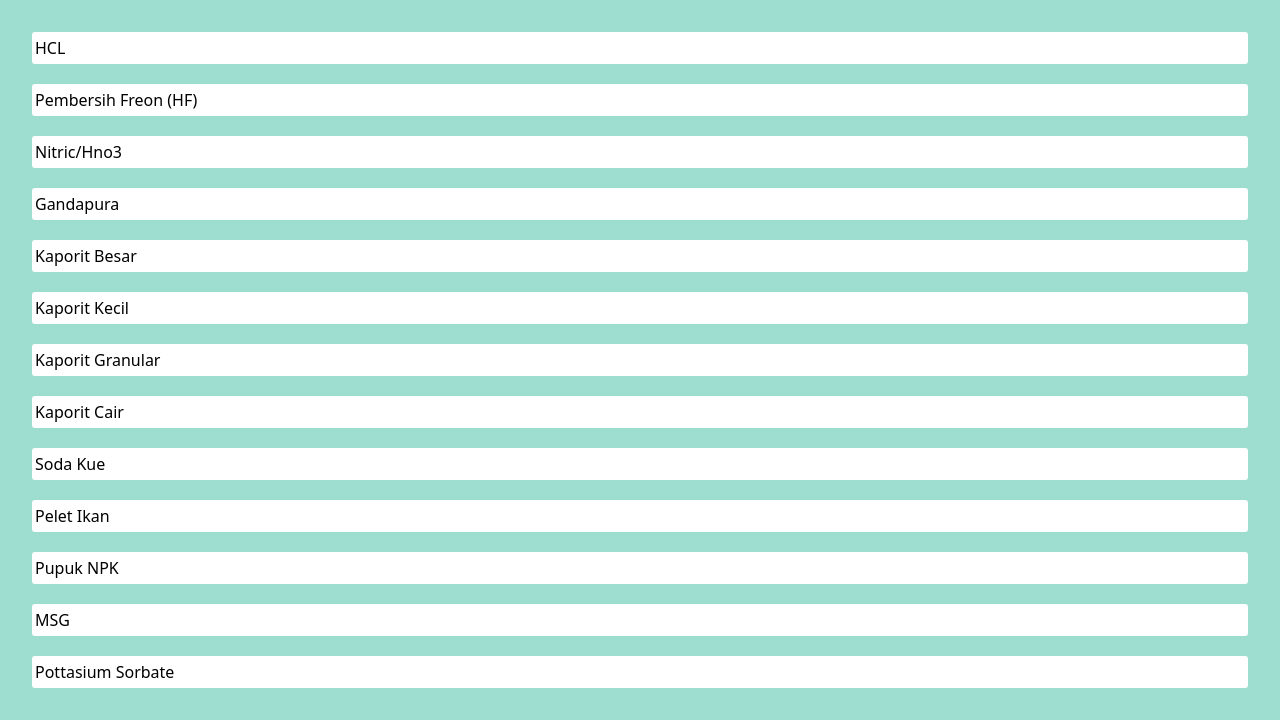
Repository: zuraniumlab-design/upstock-amsk
Page: /
The author's editor kept a copy of each file at every save. The page is drawn from the files as they stood at one save, then again after the next save.
The browser window is 1280 px wide. The pictures show the whole page.
An inner scrolling area shows only its first screen. The project was rebuilt for these pictures with package versions that can differ from the ones it lists, and the page was loaded fresh each time. Also part of the build but not shown: vite.config.js.

Above is the page before, as saved 2026-06-18 16:29:50.

After the next save:
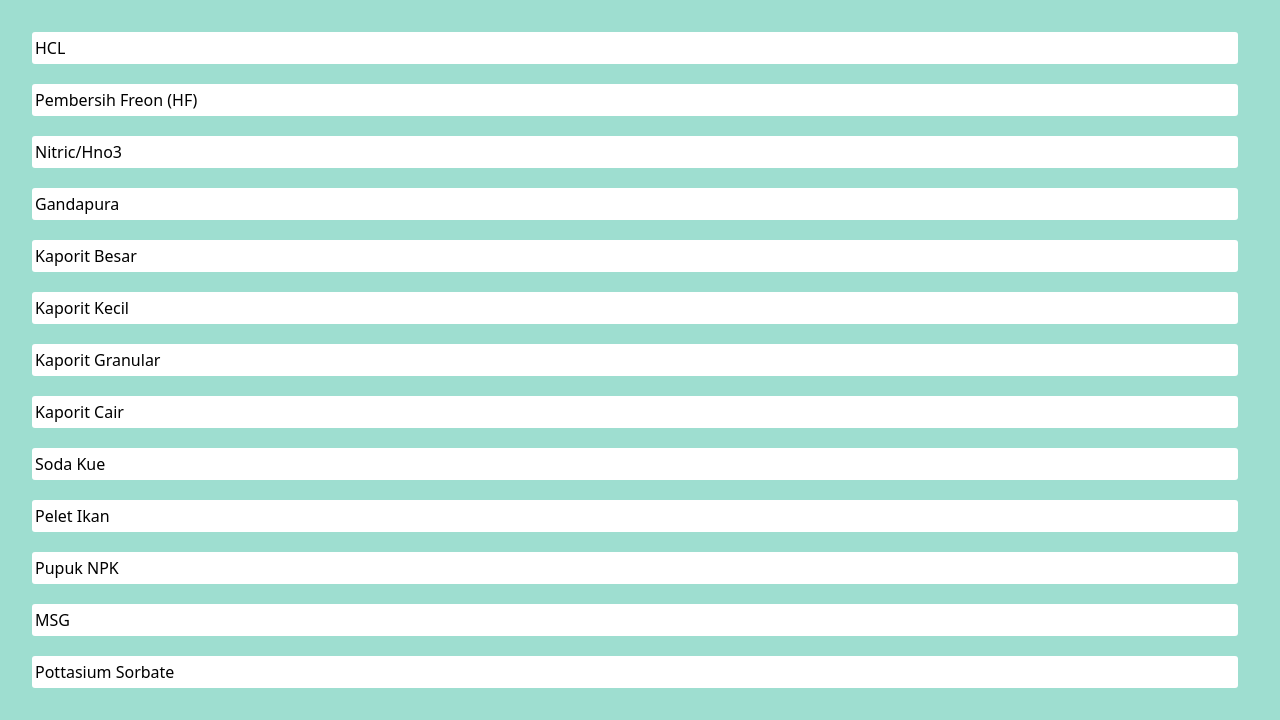
Saved 12 s later.
--- a/src/App.module.css
+++ b/src/App.module.css
@@ -21,6 +21,7 @@
 .items {
   height: 100%;
   width: 100%;
+  padding-right: 10px;
   overflow: auto;
   gap: 20px;
   flex-direction: column;
